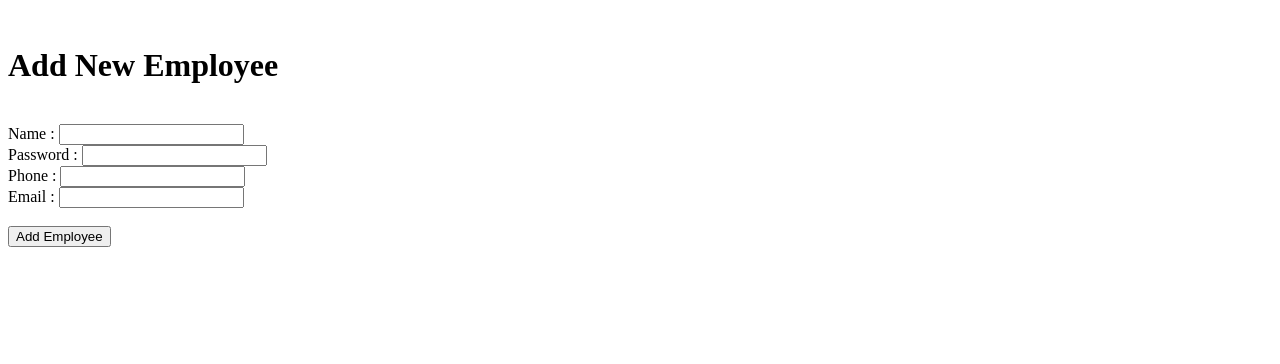
Repository: AchantaTharun/Database-Mastery-Practice
Page: CURD/WebContent/index.html
An editor plug-in stored every save of this project. The page is shown before and after the next save, followed by the edit.
The browser window is 1280 px wide. The pictures show the whole page.

Above is the page before, as saved 2019-08-16 11:08:19.

After the next save:
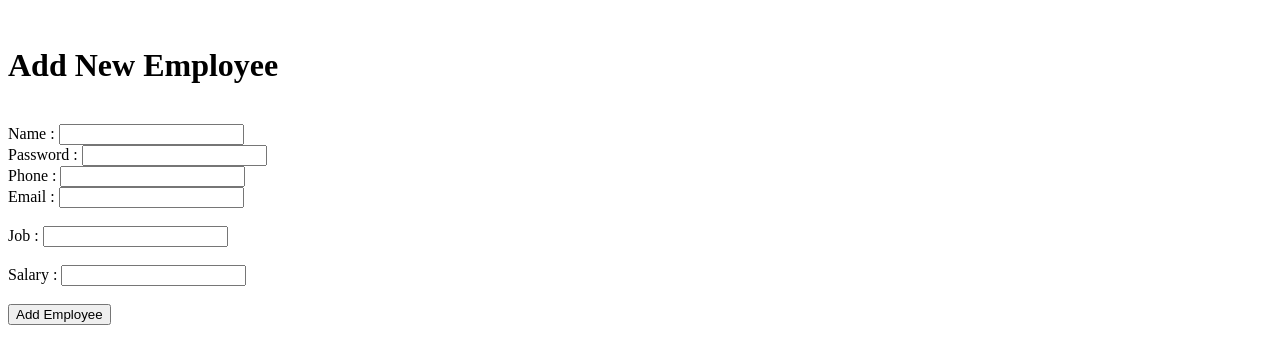
Saved 29 min 26 s later.
--- a/CURD/WebContent/index.html
+++ b/CURD/WebContent/index.html
@@ -18,6 +18,12 @@ Password  : <input type="password" name="pword"><br>
 Phone : <input type="text" name="phno"><br>
 
 Email : <input type="text" name="mail"><br><br>
+
+Job : <input type="text" name="job"><br><br>
+
+Salary : <input type="text" name="sal"><br><br>
+
+
 <input type="submit"  value="Add Employee"><br>
 
 </form>
